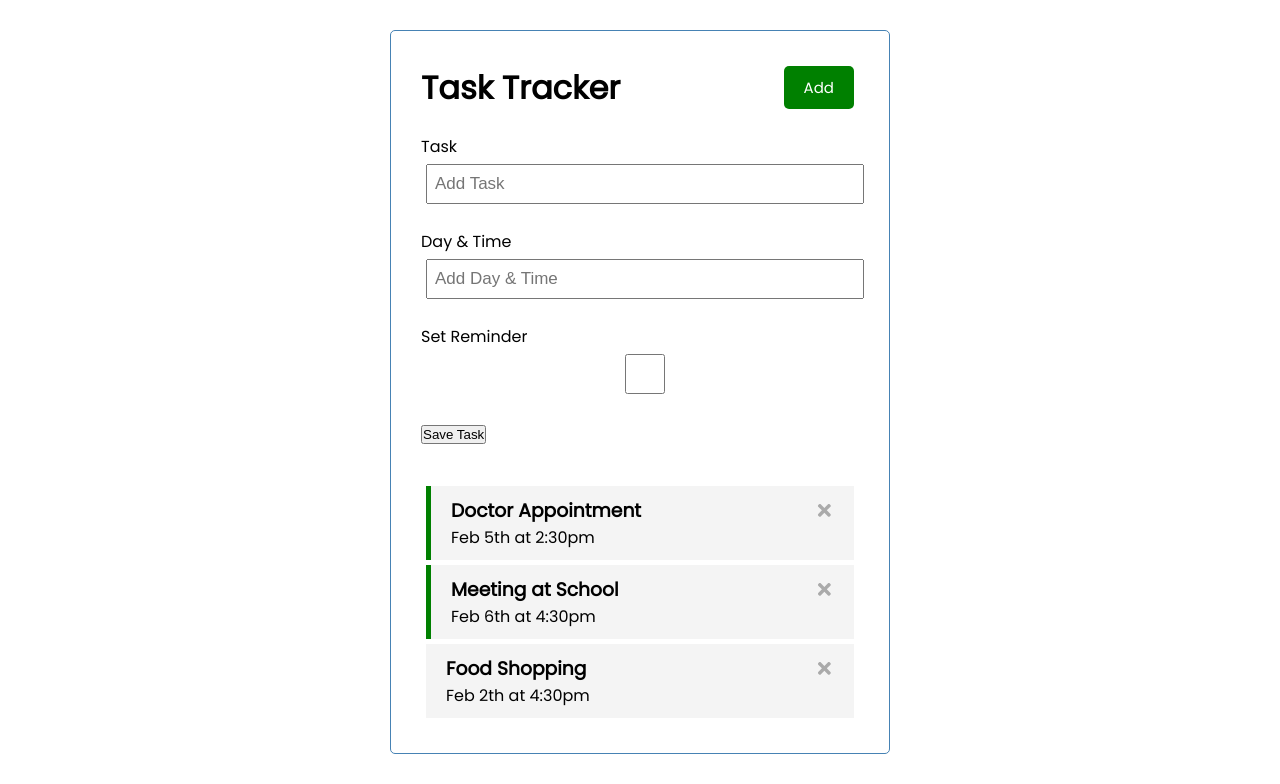
Repository: kate30980/task-tracker-reactjs
Page: /
An editor plug-in stored every save of this project. The page is shown before and after the next save, followed by the edit.
The browser window is 1280 px wide. The pictures show the whole page.
The project was rebuilt for these pictures with package versions that can differ from the ones it lists, and the page was loaded fresh each time.

Above is the page before, as saved 2021-09-19 16:40:36.

### public/index.html
<!DOCTYPE html>
<html lang="en">

<head>
  <meta charset="utf-8" />
  <link rel="icon" href="%PUBLIC_URL%/favicon.ico" />
  <meta name="viewport" content="width=device-width, initial-scale=1" />
  <meta name="theme-color" content="#000000" />
  <meta name="description" content="Web site created using create-react-app" />
  <link rel="apple-touch-icon" href="%PUBLIC_URL%/logo192.png" />
  <!--
      manifest.json provides metadata used when your web app is installed on a
      user's mobile device or desktop. See https://developers.google.com/web/fundamentals/web-app-manifest/
    -->
  <link rel="manifest" href="%PUBLIC_URL%/manifest.json" />
  <!--
      Notice the use of %PUBLIC_URL% in the tags above.
      It will be replaced with the URL of the `public` folder during the build.
      Only files inside the `public` folder can be referenced from the HTML.

      Unlike "/favicon.ico" or "favicon.ico", "%PUBLIC_URL%/favicon.ico" will
      work correctly both with client-side routing and a non-root public URL.
      Learn how to configure a non-root public URL by running `npm run build`.
    -->
  <title>Task Tracker</title>
</head>

<body>
  <noscript>You need to enable JavaScript to run this app.</noscript>
  <div id="root"></div>
  <!--
      This HTML file is a template.
      If you open it directly in the browser, you will see an empty page.

      You can add webfonts, meta tags, or analytics to this file.
      The build step will place the bundled scripts into the <body> tag.

      To begin the development, run `npm start` or `yarn start`.
      To create a production bundle, use `npm run build` or `yarn build`.
    -->
</body>

</html>

### src/App.js
import { useState } from "react";
import Header from "./components/Header";
import Tasks from "./components/Tasks";
import AddTask from "./components/AddTask";

function App() {
  const [tasks, setTasks] = useState([
    {
      id: 1,
      text: "Doctor Appointment",
      day: "Feb 5th at 2:30pm",
      reminder: true,
    },
    {
      id: 2,
      text: "Meeting at School",
      day: "Feb 6th at 4:30pm",
      reminder: true,
    },
    {
      id: 3,
      text: "Food Shopping",
      day: "Feb 2th at 4:30pm",
      reminder: false,
    },
  ]);

  // Delete tasks
  const deleteTask = (id) => {
    setTasks(tasks.filter((task) => task.id !== id));
  };

  //Toogle reminder
  const toggleReminder = (id) => {
    setTasks(
      tasks.map((task) =>
        task.id === id ? { ...task, reminder: !task.reminder } : task
      )
    );
  };

  return (
    <div className="container">
      <Header />
      <AddTask />
      {tasks.length > 0 ? (
        <Tasks tasks={tasks} onDelete={deleteTask} onToggle={toggleReminder} />
      ) : (
        "No Tasks To Show"
      )}
    </div>
  );
}

export default App;

### src/components/Header.js
import PropTypes from "prop-types";
import Button from "./Button";

const Header = ({ title }) => {
  const onClick = () => {
    console.log("Click");
  };
  return (
    <header className="header">
      <h1>{title}</h1>
      <Button color="green" text="Add" onClick={onClick} />
    </header>
  );
};

Header.defaultProps = {
  title: "Task Tracker",
};

Header.propTypes = {
  title: PropTypes.string.isRequired,
};

export default Header;

### src/components/AddTask.js
const AddTask = () => {
  return (
    <form className="add-form">
      <div className="form-control">
        <label>Task</label>
        <input type="text" placeholder="Add Task" />
      </div>
      <div className="form-control">
        <label>Day & Time</label>
        <input type="text" placeholder="Add Day & Time" />
      </div>
      <div className="form-control">
        <label>Set Reminder</label>
        <input type="checkbox" />
      </div>

      <input type="submit" value="Save Task" />
    </form>
  );
};

export default AddTask;

### src/components/Task.js
import { FaTimes } from "react-icons/fa";

const Task = ({ task, onDelete, onToggle }) => {
  return (
    <div
      className={`task ${task.reminder ? "reminder" : ""}`}
      onDoubleClick={() => onToggle(task.id)}
    >
      <h3>
        {task.text}{" "}
        <FaTimes
          style={{ color: "#aaa", cursor: "pointer" }}
          onClick={() => onDelete(task.id)}
        />
      </h3>
      <p>{task.day}</p>
    </div>
  );
};

export default Task;

Loaded but not shown: src/index.js (common file); src/index.css (common file); src/reportWebVitals.js (common file); src/components/Tasks.js (common file); src/components/Button.js (common file)

After the next save:
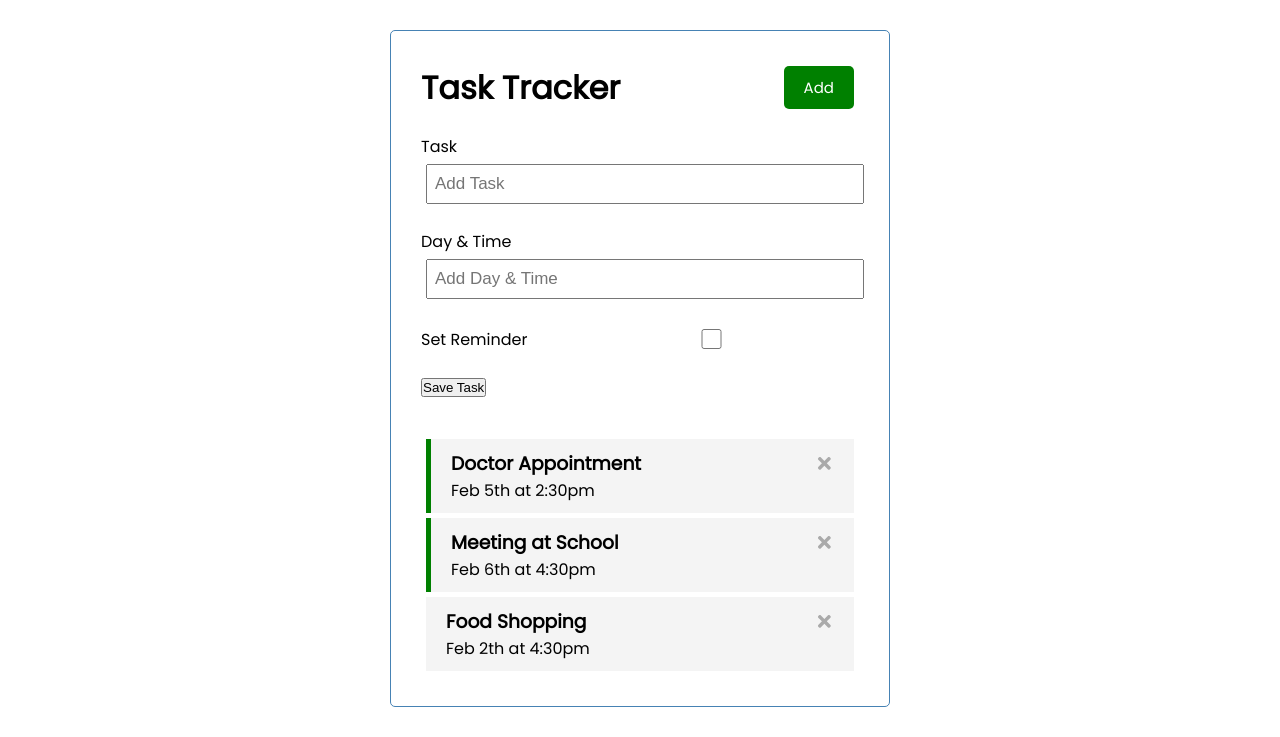
Saved 30 s later.
--- a/src/components/AddTask.js
+++ b/src/components/AddTask.js
@@ -9,7 +9,7 @@ const AddTask = () => {
         <label>Day & Time</label>
         <input type="text" placeholder="Add Day & Time" />
       </div>
-      <div className="form-control">
+      <div className="form-control form-control-check">
         <label>Set Reminder</label>
         <input type="checkbox" />
       </div>
